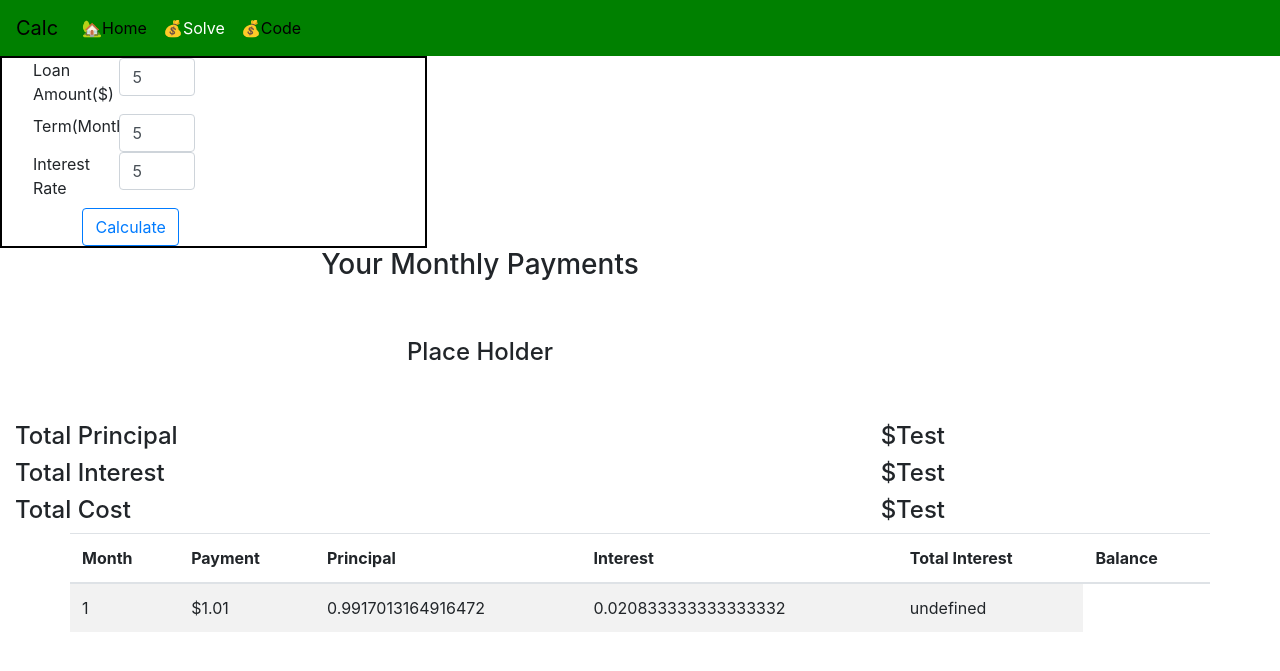
Repository: zhadjah9559/MortgageManager
Page: solve.html
These files come from the project's save history. The page is drawn as it stood at one moment and after a run of saves; the edit follows.
The browser window is 1280 px wide. The pictures show the whole page.
Empty fields were first filled with sample values (such as "Sample", 5 or name@example.com).
After loading, the first visible `button.btn` was clicked once.

Above is the page before, as saved 2021-01-16 14:25:52.

### solve.html
<!doctype html>
<html lang="en">
  <head>
    <title>Mortgage Loan Calculator</title>
    <!-- Required meta tags -->
    <meta charset="utf-8">
    <meta name="viewport" content="width=device-width, initial-scale=1, shrink-to-fit=no">

    <!-- Bootstrap CSS -->
    <link rel="stylesheet" href="https://stackpath.bootstrapcdn.com/bootstrap/4.3.1/css/bootstrap.min.css" integrity="sha384-ggOyR0iXCbMQv3Xipma34MD+dH/1fQ784/j6cY/iJTQUOhcWr7x9JvoRxT2MZw1T" crossorigin="anonymous">
    <link rel="stylesheet" href="css/custom.css">
    <link rel="stylesheet" href="css/prism.css">
  </head>
  <body>

    <nav class="navbar navbar-expand-sm navbar-dark" style="background-color: green;">
        <a class="navbar-brand" href="#">Calc</a>
        <button class="navbar-toggler d-lg-none" type="button" data-toggle="collapse" data-target="#collapsibleNavId" aria-controls="collapsibleNavId"
            aria-expanded="false" aria-label="Toggle navigation"></button>
        <div class="collapse navbar-collapse" id="collapsibleNavId">
            <ul class="navbar-nav mr-auto mt-2 mt-lg-0">
                <li class="nav-item ">
                    <a class="nav-link" href="index.html">🏡Home </a>
                </li>
                <li class="nav-item active">
                    <a class="nav-link" href="solve.html">💰Solve <span class="sr-only">(current)</span></a>
                </li>
                <li class="nav-item">
                    <a class="nav-link" href="code.html">💰Code</a>
                </li>
            </ul>
        </div>
    </nav>

    </div>

    <div class="container-fluid">
        <div class="row">

            <div class="col-lg-4" style="border:2px solid black;">
                <div class="row">
                    <div class="col-2 ml-3">
                        <label for="Loan Amount">Loan Amount($)</label>
                    </div>
                    <div class="col-3 ml-3">
                        <input type="number" class="form-control" id="loanAmount" placeholder="100000">
                    </div>
                </div>
                <div class="row">
                    <div class="col-2 ml-3">
                        <label for="Term">Term(Months)</label>
                    </div>
                    <div class="col-3 ml-3">
                        <input type="number" class="form-control" id="months" placeholder="60">
                    </div>
                </div>
                <div class="row">
                    <div class="col-2 ml-3">
                        <label for="Interest Rate">Interest Rate</label>
                    </div>
                    <div class="col-3 ml-3">
                        <input type="number" class="form-control" id="interestRate" placeholder="3.5%">
                    </div>
                </div>
                <div class="row offset-2">
                    <button class="btn btn-outline-primary" type="submit" onclick="calculateLoan()">Calculate</button>
                </div>
            </div>



            <div class="col-lg-9 mr-3" style="border:px solid black;">
                <div class="row justify-content-center">
                    <h3>Your Monthly Payments</h3>
                </div>


                <div class="row justify-content-center mt-5">
                    <h4 id="monthlyPayment">Place Holder</h4>
                </div>


                <div class="row justify-content-center mt-5">
                    <div class="col-3">
                        <h4>Total Principal</h4>
                    </div>
                    <div class="col-3 offset-6">
                        <h4 id="totalPrincipalOutput" class="text-right">$Test</h4>
                    </div>


                    <div class="col-3">
                        <h4>Total Interest</h4>
                    </div>
                    <div class="col-3 offset-6">
                        <h4 id="totalInterestOutput" class="text-right">$Test</h4>
                    </div>


                    <div class="col-3">
                        <h4>Total Cost</h4>
                    </div>
                    <div class="col-3 offset-6">
                        <h4 id="totalCostOutput" class="text-right">$Test</h4>
                    </div>

                </div>
            </div>

        </div>
    </div>


    <div class="container">
        <div class="row">
            <table class="table table-striped">
                <thead>
                    <tr>
                        <th>Month</th>
                        <th>Payment</th>
                        <th>Principal</th>
                        <th>Interest</th>
                        <th>Total Interest</th>
                        <th>Balance</th>
                    </tr>
                </thead>
                <tbody id="tBody">

                </tbody>
            </table>
        </div>
    </div>



    <!-- Optional JavaScript -->
    <!-- jQuery first, then Popper.js, then Bootstrap JS -->
    <script src="https://code.jquery.com/jquery-3.3.1.slim.min.js" integrity="sha384-q8i/X+965DzO0rT7abK41JStQIAqVgRVzpbzo5smXKp4YfRvH+8abtTE1Pi6jizo" crossorigin="anonymous"></script>
    <script src="https://cdnjs.cloudflare.com/ajax/libs/popper.js/1.14.7/umd/popper.min.js" integrity="sha384-UO2eT0CpHqdSJQ6hJty5KVphtPhzWj9WO1clHTMGa3JDZwrnQq4sF86dIHNDz0W1" crossorigin="anonymous"></script>
    <script src="https://stackpath.bootstrapcdn.com/bootstrap/4.3.1/js/bootstrap.min.js" integrity="sha384-JjSmVgyd0p3pXB1rRibZUAYoIIy6OrQ6VrjIEaFf/nJGzIxFDsf4x0xIM+B07jRM" crossorigin="anonymous"></script>
    <script src="js/custom.js"></script>
    <script src="js/prism.js"></script>
  </body>
</html>

### css/custom.css
.navbar-dark .navbar-nav .active>.nav-link{
    color:white;
}
.navbar-dark .navbar-nav .nav-link{
    color:black;
}
.navbar .navbar-brand{
    color:black;
}

### css/prism.css
/* PrismJS 1.23.0
https://prismjs.com/download.html#themes=prism-okaidia&languages=markup+css+clike+javascript&plugins=normalize-whitespace */
/**
 * okaidia theme for JavaScript, CSS and HTML
 * Loosely based on Monokai textmate theme by http://www.monokai.nl/
 * @author ocodia
 */

code[class*="language-"],
pre[class*="language-"] {
	color: #f8f8f2;
	background: none;
	text-shadow: 0 1px rgba(0, 0, 0, 0.3);
	font-family: Consolas, Monaco, 'Andale Mono', 'Ubuntu Mono', monospace;
	font-size: 1em;
	text-align: left;
	white-space: pre;
	word-spacing: normal;
	word-break: normal;
	word-wrap: normal;
	line-height: 1.5;

	-moz-tab-size: 4;
	-o-tab-size: 4;
	tab-size: 4;

	-webkit-hyphens: none;
	-moz-hyphens: none;
	-ms-hyphens: none;
	hyphens: none;
}

/* Code blocks */
pre[class*="language-"] {
	padding: 1em;
	margin: .5em 0;
	overflow: auto;
	border-radius: 0.3em;
}

:not(pre) > code[class*="language-"],
pre[class*="language-"] {
	background: #272822;
}

/* Inline code */
:not(pre) > code[class*="language-"] {
	padding: .1em;
	border-radius: .3em;
	white-space: normal;
}

.token.comment,
.token.prolog,
.token.doctype,
.token.cdata {
	color: #8292a2;
}

.token.punctuation {
	color: #f8f8f2;
}

.token.namespace {
	opacity: .7;
}

.token.property,
.token.tag,
.token.constant,
.token.symbol,
.token.deleted {
	color: #f92672;
}

.token.boolean,
.token.number {
	color: #ae81ff;
}

.token.selector,
.token.attr-name,
.token.string,
.token.char,
.token.builtin,
.token.inserted {
	color: #a6e22e;
}

.token.operator,
.token.entity,
.token.url,
.language-css .token.string,
.style .token.string,
.token.variable {
	color: #f8f8f2;
}

.token.atrule,
.token.attr-value,
.token.function,
.token.class-name {
	color: #e6db74;
}

.token.keyword {
	color: #66d9ef;
}

.token.regex,
.token.important {
	color: #fd971f;
}

.token.important,
.token.bold {
	font-weight: bold;
}
.token.italic {
	font-style: italic;
}

.token.entity {
	cursor: help;
}

### js/custom.js
function calculateLoan(){
    let loanAmount = parseInt( document.getElementById("loanAmount").value )
    let months = parseInt( document.getElementById("months").value )
    //before the very first month
    let remainingBalance = new Array()
    remainingBalance


    = loanAmount;

    //DONT FORGET TO CONVERT THIS TO A PERCENTAGE
    let interestRate = parseInt( document.getElementById("interestRate").value )

    //Keep track of interest payments
    let interestPayment = new Array();

    //Keep track of principal payments
    let principalPayments = new Array();

    //END OF DECLARATIONS*******************************************************

    //input validation to make sure interest is solid number
    if(interestRate >= 100){

    }

    //Total Monthly Payment  ***STATIC variable***                                       //(1+rate/1200)^(-NumberOfMonths)
    const totalMonthlyPayment = (loanAmount) * (interestRate/1200) / (1 -   Math.pow( (1 + interestRate/1200) , (-months) ) )


    //loop will perform 60 times meaning you will get 60 indices
    for (let i = 0; i < months; i++) {
        //Interest Payment
        interestPayment.push(  (remainingBalance) * (interestRate/1200)  )

        //principal payment
        principalPayments.push(  totalMonthlyPayment - interestPayment  )

        remainingBalance -= principalPayments;
    }






    //will later on be used in order to display output
    let tBody ="";
    for (let i = 0; i < months; i+=5) {
        tBody += `<tr> <td>${ i+1 }</td> <td>$${  (Math.round(totalMonthlyPayment * 100) / 100).toFixed(2) }</td>
                  <td>${ principalPayments[i] }</td> <td>${ interestPayment[i] }</td>
                  <td>${ remainingBalance[i] }</td> </tr>`
    }
    document.getElementById("tBody").innerHTML = tBody


}

Loaded but not shown: js/prism.js (library)

After the next 2 saves:
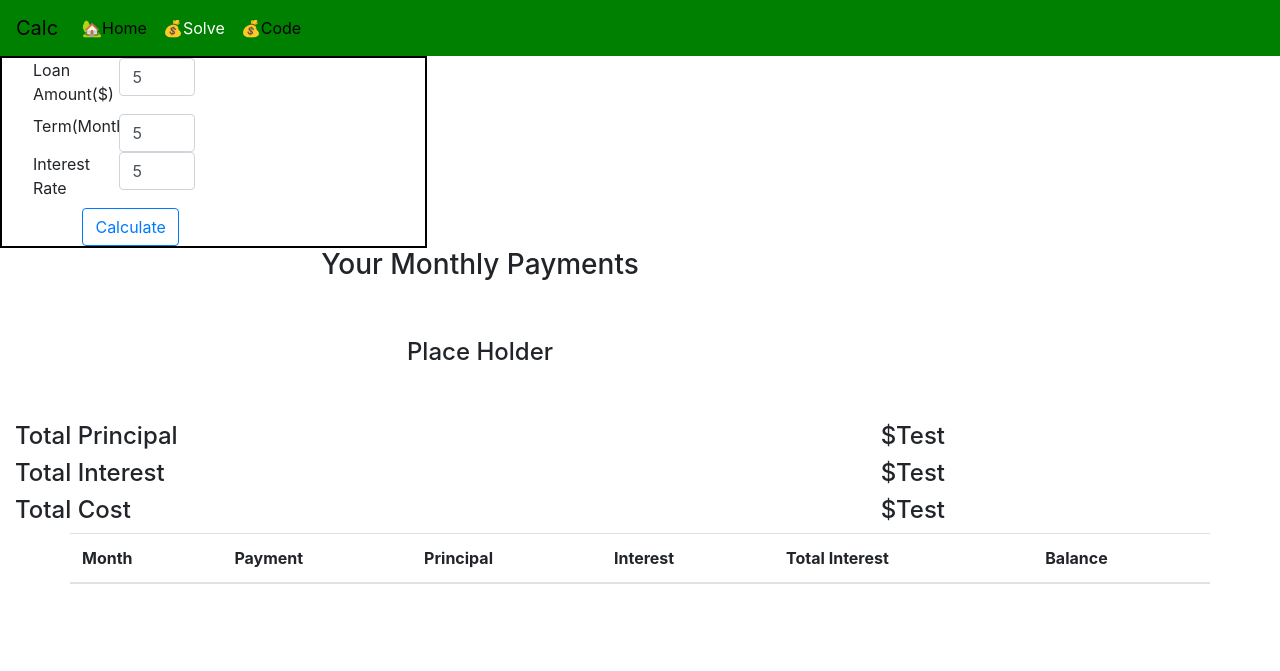
Console error: ReferenceError: Invalid left-hand side in assignment
The 2 saves are shown as one change because they came seconds apart.
The last was saved 6 s later.
--- a/js/custom.js
+++ b/js/custom.js
@@ -3,7 +3,7 @@
     let months = parseInt( document.getElementById("months").value )
     //before the very first month
     let remainingBalance = new Array()
-    remainingBalance
+    remainingBalance.push()
 
 
     = loanAmount;

After the 2 saves that followed:
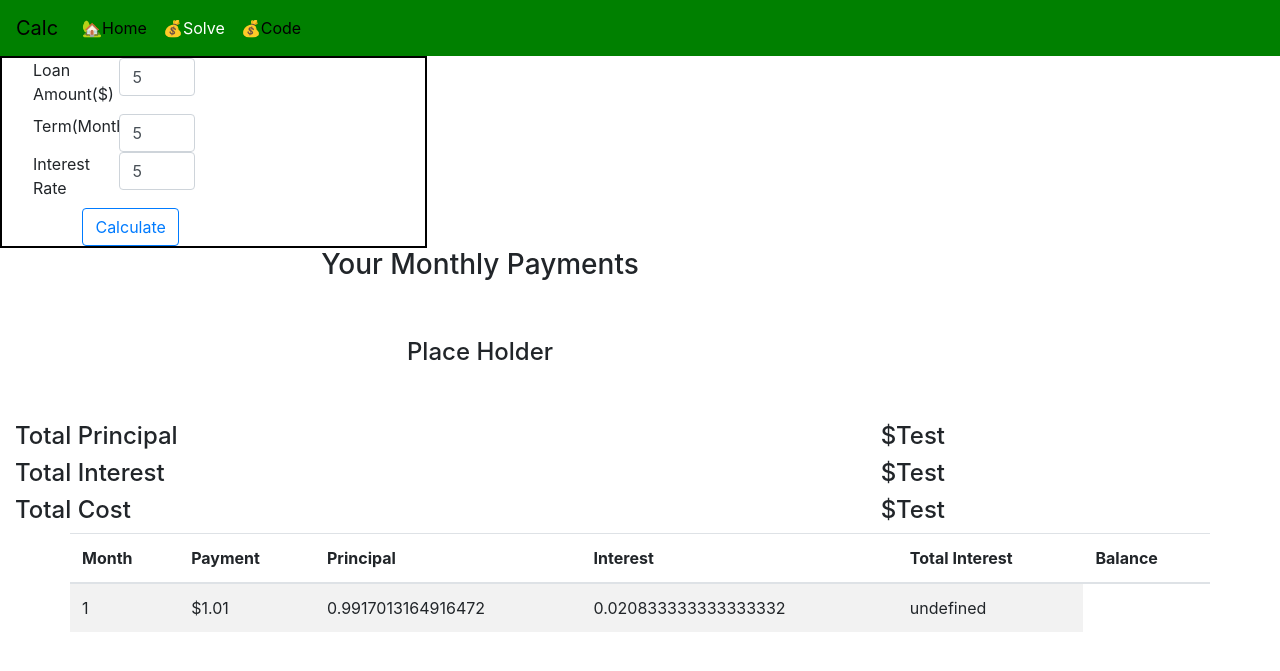
The error is gone.
The 2 saves are shown as one change because 1 left the picture as it was.
The last was saved 11 s later.
--- a/js/custom.js
+++ b/js/custom.js
@@ -3,10 +3,7 @@
     let months = parseInt( document.getElementById("months").value )
     //before the very first month
     let remainingBalance = new Array()
-    remainingBalance.push()
-
-
-    = loanAmount;
+    remainingBalance.push( loanAmount )
 
     //DONT FORGET TO CONVERT THIS TO A PERCENTAGE
     let interestRate = parseInt( document.getElementById("interestRate").value )
